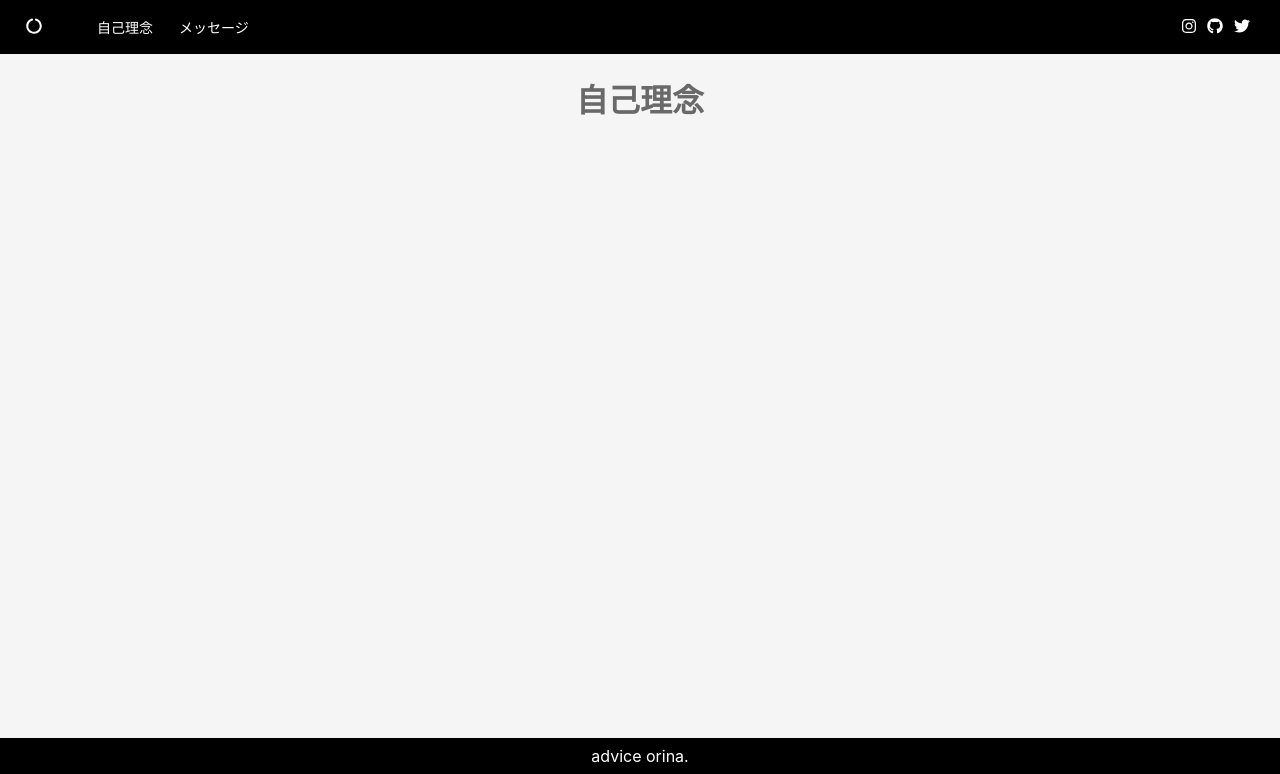
Repository: Rujuu-prog/react-mysite
Page: /philosophy
An editor plug-in stored every save of this project. The page is shown before and after the next save, followed by the edit.
The browser window is 1280 px wide. The pictures show the whole page.
The project was rebuilt for these pictures with package versions that can differ from the ones it lists, and the page was loaded fresh each time. Also part of the build but not shown: src/components/pages/Top.tsx.

Above is the page before, as saved 2021-05-13 01:15:56.

### src/App.tsx
import { Router } from "./router/Router";
import './App.css';



export default function App() {
  return (
    <div className="App" >
      <Router />
    </div>
  );
}

### src/router/Router.tsx
import React from "react";
import { BrowserRouter, Route, Switch } from "react-router-dom";
import { Philosophy } from "../components/pages/Philosophy";
import { Top } from "../components/pages/Top";
import { DefaultLayout } from "../components/templates/DefaultLayout";

export const Router:React.FC = () => {
    return(
        <BrowserRouter>
            <Switch>
                <Route exact path="/">
                <DefaultLayout>
                    <Top />
                </DefaultLayout>
                </Route>
                <Route path="/philosophy">
                <DefaultLayout>
                    <Philosophy />
                </DefaultLayout>
                </Route>
            </Switch>
        </BrowserRouter>
    );
}

### src/components/pages/Philosophy.tsx
import React from "react";
import styled from "styled-components";
import { DefaultLayout } from "../templates/DefaultLayout";
import me from '../atoms/img/me.svg'

export const Philosophy:React.FC = () => {
    return(
        <SMainContainer>
            <h1>自己理念</h1>
        </SMainContainer>

    );
};

const SMainContainer = styled.div`
    display: flex;
    flex-direction: row;
    justify-content: space-around;
    flex-grow: 1;
    background-color: #f5f5f5;
    height: 100vh;
    h1 {
        color: #696969;
    }
`;

### src/components/templates/DefaultLayout.tsx
import React from "react";
import styled from "styled-components";

import { FooterOnly } from "./FooterOnly";
import { HeaderOnly } from "./HeaderOnly";

type Props = {
    children?: React.ReactNode;
};

export const DefaultLayout: React.FC<Props> = ({children}) => {
    return (
    <SContainer>
        <HeaderOnly/>
        {children}
        <FooterOnly/>
    </SContainer>
    );
};

const SContainer = styled.div`
    min-height: 100vh;
    position: relative;
    box-sizing: border-box;
`;

### src/components/templates/FooterOnly.tsx
import React from "react";
import { Link } from "react-router-dom";
import styled from "styled-components";

import { Footer } from "../atoms/layout/Footer";


export const FooterOnly: React.FC = () => {
    return (
    <>
        <Footer />
    </>
    );
};


// const SLink = styled(Link)`
//     margin: 0 8px;
// `;

### src/components/templates/HeaderOnly.tsx
import React from "react";
import { Link } from "react-router-dom";
import styled from "styled-components";

import { Header } from "../atoms/layout/Header";
import { SecondaryButton } from "../atoms/button/SecondaryButton"
import { IconList } from "../molecules/IconList";
import { SiteIcon } from "../atoms/icon/SiteIcon";
import { NaviBar } from "../atoms/layout/NaviBar";

type Props = {
    children?: React.ReactNode;
};

export const HeaderOnly: React.FC<Props> = ({children}) => {
    return (
    <>
        <Header>
            <SiteIcon/>
            <NaviBar/>
        </Header>
        {children}
    </>
    );
};


// const SLink = styled(Link)`
//     margin: 0 8px;
// `;

### src/components/atoms/layout/Footer.tsx
import React from "react";
import styled from "styled-components";

export const Footer:React.FC = () => {
    return <SFooter><Sp>advice orina.</Sp></SFooter>;
};

const SFooter = styled.footer`
    background-color: black;
    color: #fff;
    text-align: center;
    padding: 8px 0;
    position: absolute;
    bottom: 0;
    width: 100%;
`;

const Sp = styled.p`
    margin: 0;
`;

### src/components/atoms/layout/Header.tsx
import React from "react";
import styled from "styled-components";

import { PrimaryButton } from '../button/PrimaryButton'

type Props = {
    children?: React.ReactNode;
}

export const Header: React.FC<Props> = ({children}) => {
    return (<SHeader>{children}</SHeader>);
};

const SHeader = styled.header`
    display: flex;
    align-items: center;
    height: 10%;
    background-color: black;
    color: #fff;
    padding: 16px 24px;
`;

### src/components/atoms/icon/SiteIcon.tsx
import { faCircleNotch } from "@fortawesome/free-solid-svg-icons";
import { FontAwesomeIcon } from "@fortawesome/react-fontawesome";
import styled from "styled-components";
import { Link } from "react-router-dom";

const IconStyle = {
    padding:"2",
    fontsize:"50"
}

export const SiteIcon:React.FC = () => {
    return(<SLink to="/"><FontAwesomeIcon style={IconStyle} icon={faCircleNotch}></FontAwesomeIcon></SLink>);
}

const SLink = styled(Link)`
    text-decoration: none;
    color: #fff;
`;

### src/components/atoms/layout/NaviBar.tsx
import React from "react";
import { Link } from "react-router-dom";
import styled from "styled-components";

import { SecondaryButton } from "../button/SecondaryButton"
import { IconList } from "../../molecules/IconList";

type Props = {
    children?: React.ReactNode;
};

export const NaviBar: React.FC<Props> = ({children}) => {
    return (
    <>
        <SNavi>
            <li><SLink to="/"><SecondaryButton>自己理念</SecondaryButton></SLink></li>
            <Slist><SLink to="/philosophy"><SecondaryButton>メッセージ</SecondaryButton></SLink></Slist>
            <li><IconList/></li>
        </SNavi>
        {children}
    </>
    );
};


const SNavi = styled.ul`
    display: flex;
    // justify-content: space-between;
    align-items: center;
    width: 100%;
    margin: 0;
    background-color: black;
    list-style: none;
    color: #fff;
    text-align: center;
`;

const Slist = styled.li`
    margin-right: auto;
`;

const SLink = styled(Link)`
    margin: 0 8px;
    text-decoration: none;
`;

### src/components/atoms/button/SecondaryButton.tsx
import styled from "styled-components";

export const SecondaryButton = (props:any) => {
    const { children } = props;
    return <SButton>{children}</SButton>;
};

const SButton = styled.a`
    color: #fff;
    width: 10%;
    font-size: 14px;
    padding: 5px;
`;

### src/components/molecules/IconList.tsx
import React from "react";
import styled from "styled-components";
import { Github } from "../atoms/icon/Github";
import { Instagram } from "../atoms/icon/Instagram";
import { Twitter } from "../atoms/icon/Twitter";

export const IconList:React.FC = () => {
    return(
        <SIconContainer>
            <Instagram/>
            <Github/>
            <Twitter/>
        </SIconContainer>
    );
};

const SIconContainer = styled.div`
    display: flex;
    align-items: center;
    justify-content: space-around;
    width: 80px;
`;

### src/components/atoms/icon/Github.tsx
import { faGithub } from "@fortawesome/free-brands-svg-icons";
import { FontAwesomeIcon } from "@fortawesome/react-fontawesome"
import styled from "styled-components";


const IconStyle = {
    padding:"2",
    fontsize:"50",
}

export const Github:React.FC = () => {
    return(<SButton href='https://github.com/Rujuu-prog'><FontAwesomeIcon style={IconStyle} icon={faGithub}></FontAwesomeIcon></SButton>);
}

const SButton = styled.a`
    text-decoration: none;
    color: #fff;
`;

### src/components/atoms/icon/Instagram.tsx
import { faInstagram } from "@fortawesome/free-brands-svg-icons";
import { FontAwesomeIcon } from "@fortawesome/react-fontawesome";
import styled from "styled-components";

const IconStyle = {
    padding:"2",
    fontsize:"50"
}

export const Instagram:React.FC = () => {
    return(<SButton href='https://www.instagram.com/rujuuuuuu/'><FontAwesomeIcon style={IconStyle} icon={faInstagram}></FontAwesomeIcon></SButton>);
}

const SButton = styled.a`
    text-decoration: none;
    color: #fff;
`;

### src/components/atoms/icon/Twitter.tsx
import { faInstagram, faTwitter } from "@fortawesome/free-brands-svg-icons";
import { FontAwesomeIcon } from "@fortawesome/react-fontawesome"
import styled from "styled-components";

const IconStyle = {
    padding:"2",
    fontsize:"50"
}

export const Twitter:React.FC = () => {
    return(<SButton href='https://twitter.com/Rujuu2118'><FontAwesomeIcon style={IconStyle} icon={faTwitter}></FontAwesomeIcon></SButton>);
}

const SButton = styled.a`
    text-decoration: none;
    color: #fff;
`;

Loaded but not shown: public/index.html (common file); src/index.tsx (common file); src/index.css (common file); src/reportWebVitals.ts (common file); src/App.css (common file)

After the next save:
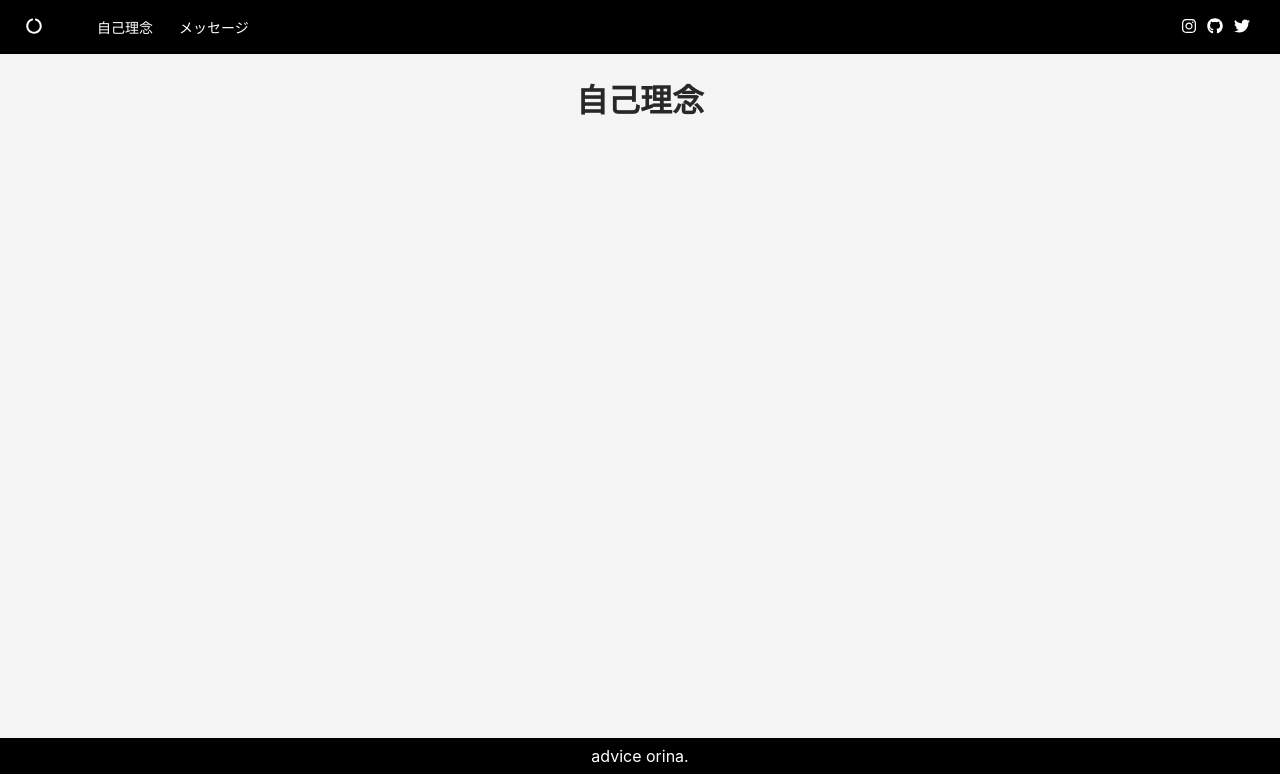
Saved 65 s later.
--- a/src/components/pages/Philosophy.tsx
+++ b/src/components/pages/Philosophy.tsx
@@ -20,6 +20,6 @@ const SMainContainer = styled.div`
     background-color: #f5f5f5;
     height: 100vh;
     h1 {
-        color: #696969;
+        color: #282828;
     }
 `;
